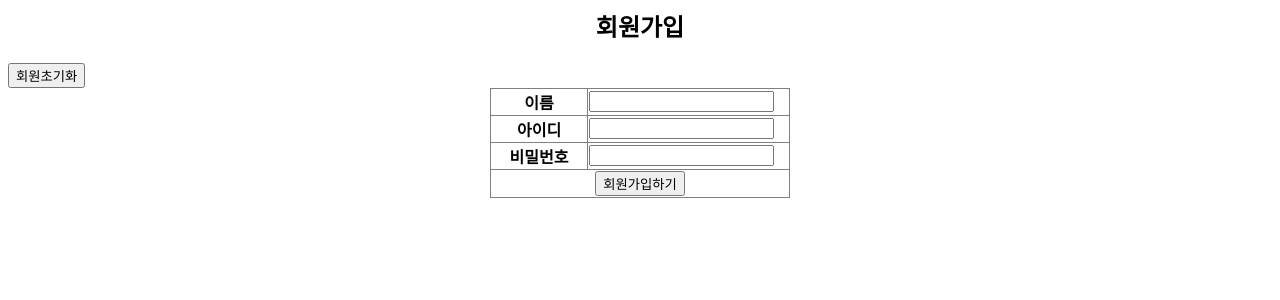
Repository: DynamicRD/jsp_Study
Page: http://localhost/jspStudy/login/new_member.jsp
An editor plug-in stored every save of this project. The page is shown before and after the next save, followed by the edit.
The browser window is 1280 px wide. The pictures show the whole page.
The page is served by Tomcat 9.

Above is the page before, as saved 2024-12-09 02:50:03.

After the next save:
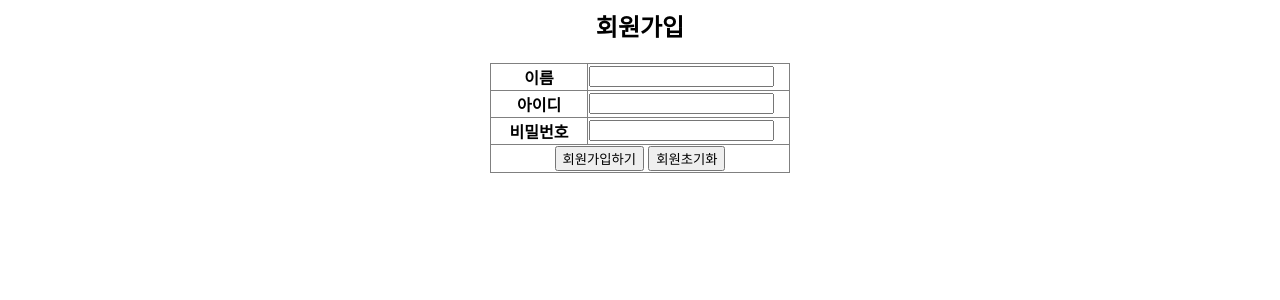
Saved 21 s later.
--- a/jspStudy/src/main/webapp/login/new_member.jsp
+++ b/jspStudy/src/main/webapp/login/new_member.jsp
@@ -31,7 +31,7 @@
 			</tr>
 			<tr>
 				<td colspan="2" align="center">
-				<input type="submit"value="회원가입하기"></td>
+				<input type="submit"value="회원가입하기">
 				<input type="reset"value="회원초기화"></td>
 			</tr>
 		</table>
